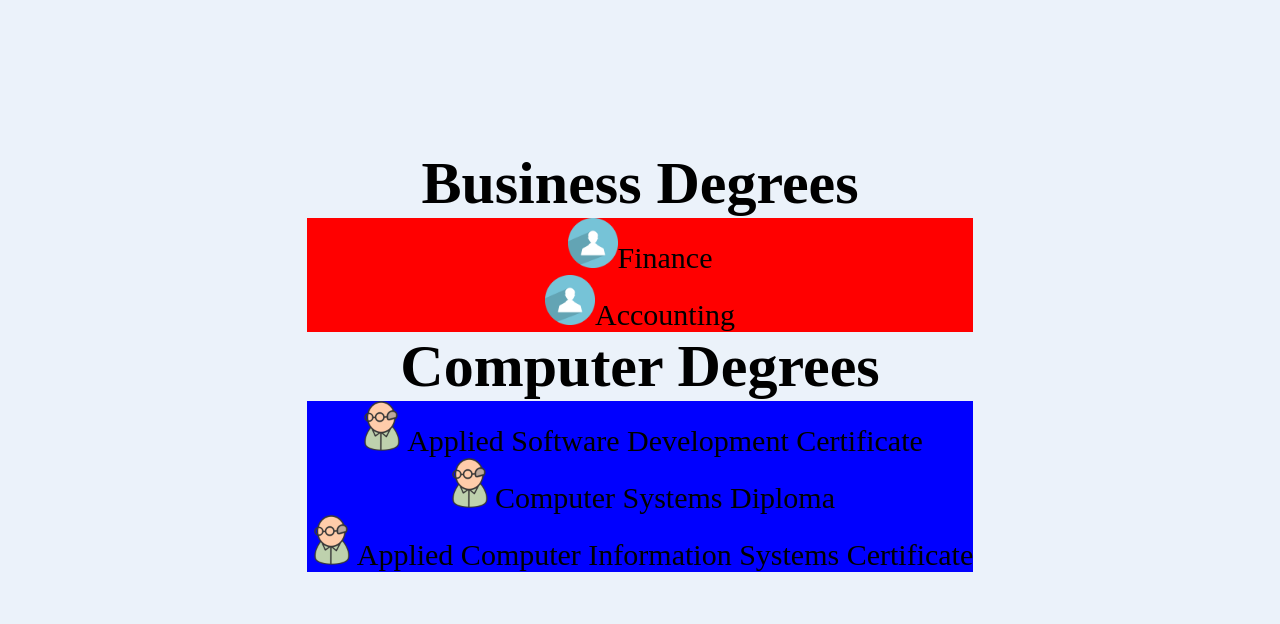
Repository: NeemaToto/mdia2109week3
Page: /
An editor plug-in stored every save of this project. The page is shown before and after a run of saves, followed by the edit.
The browser window is 1280 px wide. The pictures show the whole page.
The project was rebuilt for these pictures with package versions that can differ from the ones it lists, and the page was loaded fresh each time. The framework's server and built-in components were replaced by stand-ins that run in the browser. Also part of the build but not shown: next.config.js.

Above is the page before, as saved 2023-01-19 12:32:24.

After the next 5 saves:
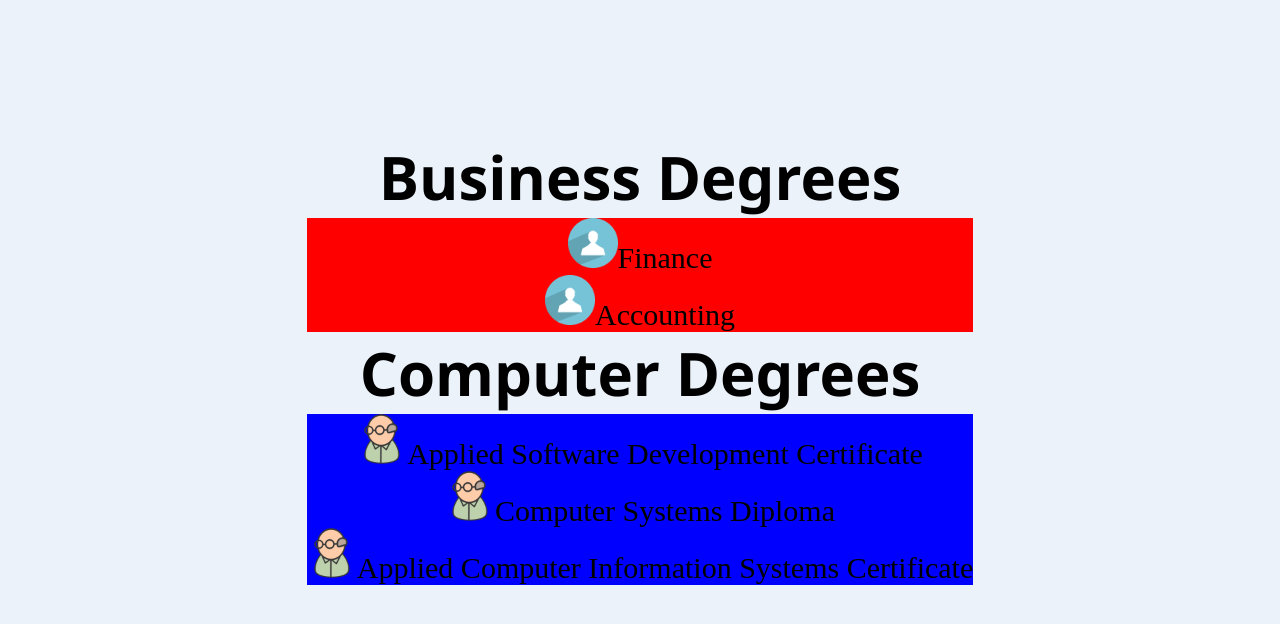
The 5 saves are shown as one change because they came seconds apart.
The last was saved 14 s later.
--- a/styles/Home.module.css
+++ b/styles/Home.module.css
@@ -282,3 +282,7 @@
   font-size: 30px;
   text-align: center;
 }
+
+.degrees > h1{
+  font-family: 'Segoe UI', Tahoma, Geneva, Verdana, sans-serif;
+}
